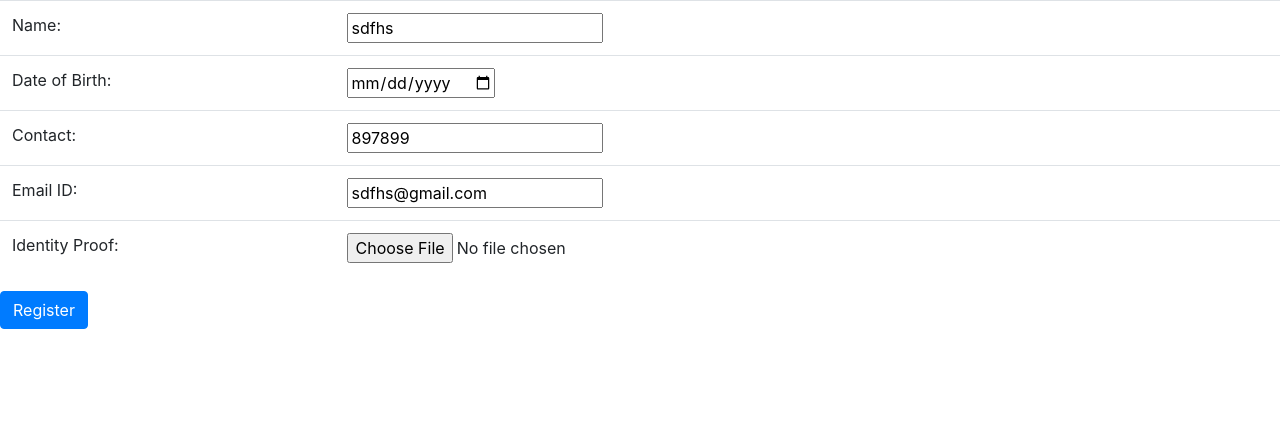
Repository: piyushrulesyou/CasinoGameApplication
Page: http://localhost/adminPanel/RegisterUser.jsp
An editor plug-in stored every save of this project. The page is shown before and after the next save, followed by the edit.
The browser window is 1280 px wide. The pictures show the whole page.
The page is served by Tomcat 9. Nobody is signed in. The application's start-up code is not run. Other server files are loaded and not shown.

Above is the page before, as saved 2019-10-31 11:46:29.
Console error: TypeError: Cannot read properties of undefined (reading 'setDefaults')

### AdminPanel/adminPanel/src/main/webapp/RegisterUser.jsp
<%@page contentType="text/html;charset = UTF-8" language="java"%>
<%@page isELIgnored="false"%>

<!DOCTYPE html>
<html>
<head>
<meta charset="ISO-8859-1">
<title>Register</title>
<meta charset="utf-8">

<meta name="viewport" content="width=device-width, initial-scale=1">

<link rel="stylesheet"
	href="https://maxcdn.bootstrapcdn.com/bootstrap/4.3.1/css/bootstrap.min.css">
<script
	src="https://ajax.googleapis.com/ajax/libs/jquery/3.4.1/jquery.min.js"></script>
<script
	src="https://cdnjs.cloudflare.com/ajax/libs/popper.js/1.14.7/umd/popper.min.js"></script>
<script
	src="https://maxcdn.bootstrapcdn.com/bootstrap/4.3.1/js/bootstrap.min.js"></script>

<script>
	$(function() {
		$("#datepicker").datepicker();
	});
	$.datepicker.setDefaults({
		changeMonth : "true",
		changeYear : "true",
		yearRange : "-72:+38",
		showButtonPanel : "true"
	});
</script>

</head>
<body>

	<form action="registerUser" method="post">
		<div class="form-group">
			<table class="table">

				<tr>
					<td>Name:</td>
					<td><input type="text" id="customerName" name="customerName"
						placeholder="Enter name" value="sdfhs" required="required"></td>

				</tr>


				<tr>
					<td>Date of Birth:</td>
					<td><input type="date" name="dateOfBirth" id="dateOfBirth"
						placeholder="Enter DOB" required="required"></td>
				</tr>

				<tr>
					<td>Contact:</td>
					<td><input type="number" name="contactNumber"
						id="contactNumber" placeholder="Enter Contact Number" value=897899
						required="required"></td>
				</tr>

				<tr>
					<td>Email ID:</td>
					<td><input type="email" id="emailID" name="emailID"
						placeholder="Enter email" value="sdfhs@gmail.com"
						required="required"></td>
				</tr>


				<tr>
					<td>Identity Proof:</td>
					<td><input type="file" id="idProof" name="idProof"
						accept="image/*" placeholder="ID Proof"></td>
				</tr>

			</table>

			<button type="submit" class="btn btn-primary mb-2">Register</button>
		</div>
	</form>




</body>
</html>

After the next save:
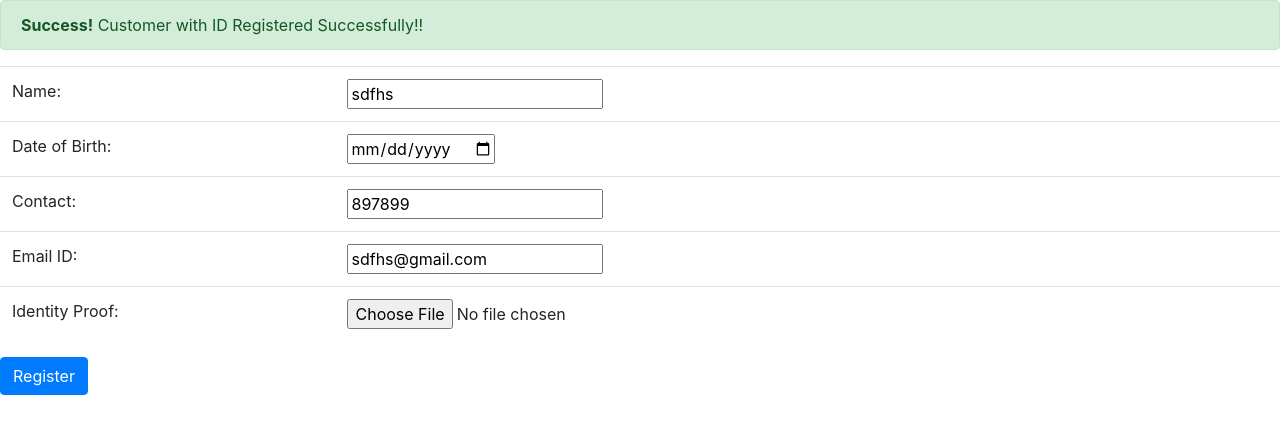
Saved 20 s later.
--- a/AdminPanel/adminPanel/src/main/webapp/RegisterUser.jsp
+++ b/AdminPanel/adminPanel/src/main/webapp/RegisterUser.jsp
@@ -33,6 +33,13 @@
 
 </head>
 <body>
+
+	<c:if test="${statusMessage != null}">
+		<div class="alert alert-success">
+			<strong>Success!</strong> Customer with ID
+			${successMessage} Registered Successfully!!
+		</div>
+	</c:if>
 
 	<form action="registerUser" method="post">
 		<div class="form-group">
